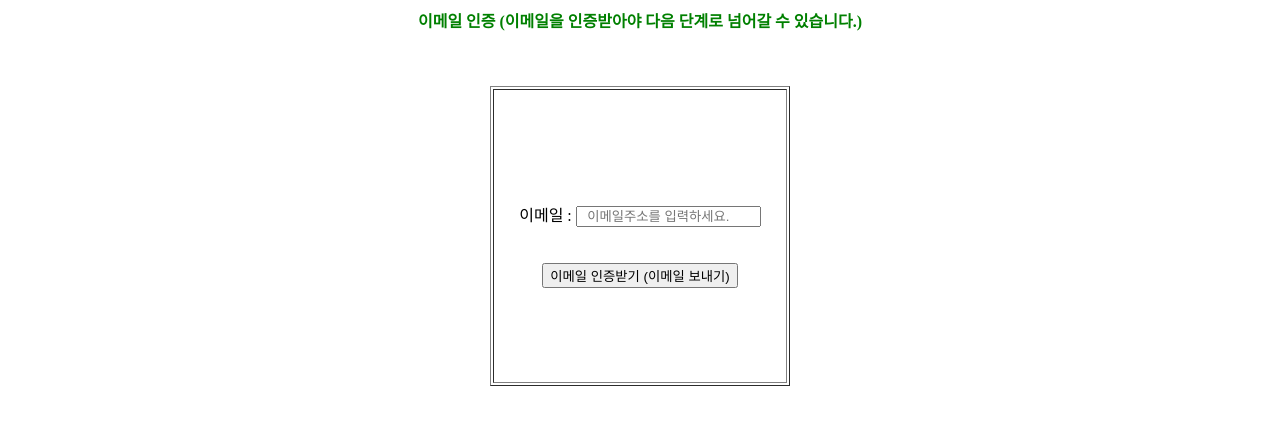
Repository: keepsus/gaebokchi
Page: http://localhost/uzuslime/email/email.jsp
An editor plug-in stored every save of this project. The page is shown before and after the next save, followed by the edit.
The browser window is 1280 px wide. The pictures show the whole page.
The page is served by Tomcat 9. Nobody is signed in. The application's start-up code is not run. Other server files are loaded and not shown.

Above is the page before, as saved 2021-02-07 06:56:13.

### uzuslime/src/main/webapp/email/email.jsp
<%@ page language="java" contentType="text/html; charset=UTF-8"
	pageEncoding="UTF-8"%>

<!DOCTYPE html>
<html>
<head>
<meta charset="UTF-8">
<title>Insert title here</title>
</head>
<body>
<form action="auth.do" method="post">
	<table border="1" width="300" height="300" align="center">
	<center>
		<span style="color: green; font-weight: bold;">이메일 인증 (이메일을 인증받아야 다음 단계로 넘어갈 수 있습니다.)</span><br><br><br><br>
			<div style="text-align: center;">
				<tr>
					<td>
					<center>

					<center>
						<br>
						<div>이메일 : <input type="email" name="e_mail" placeholder="  이메일주소를 입력하세요. "></div>
						<br> <br>
					<button type="submit" name="submit">이메일 인증받기 (이메일 보내기)</button>
			</div>
					</td>
				</tr>
		</center>
	</table>
</form>
</body>
</html>

After the next save:
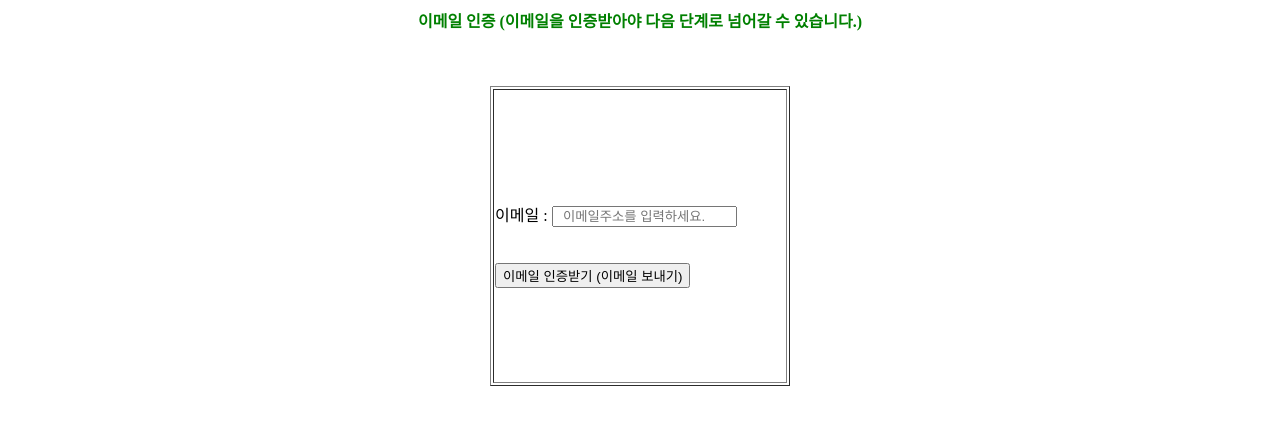
Saved 16 s later.
--- a/uzuslime/src/main/webapp/email/email.jsp
+++ b/uzuslime/src/main/webapp/email/email.jsp
@@ -15,9 +15,6 @@
 			<div style="text-align: center;">
 				<tr>
 					<td>
-					<center>
-
-					<center>
 						<br>
 						<div>이메일 : <input type="email" name="e_mail" placeholder="  이메일주소를 입력하세요. "></div>
 						<br> <br>
